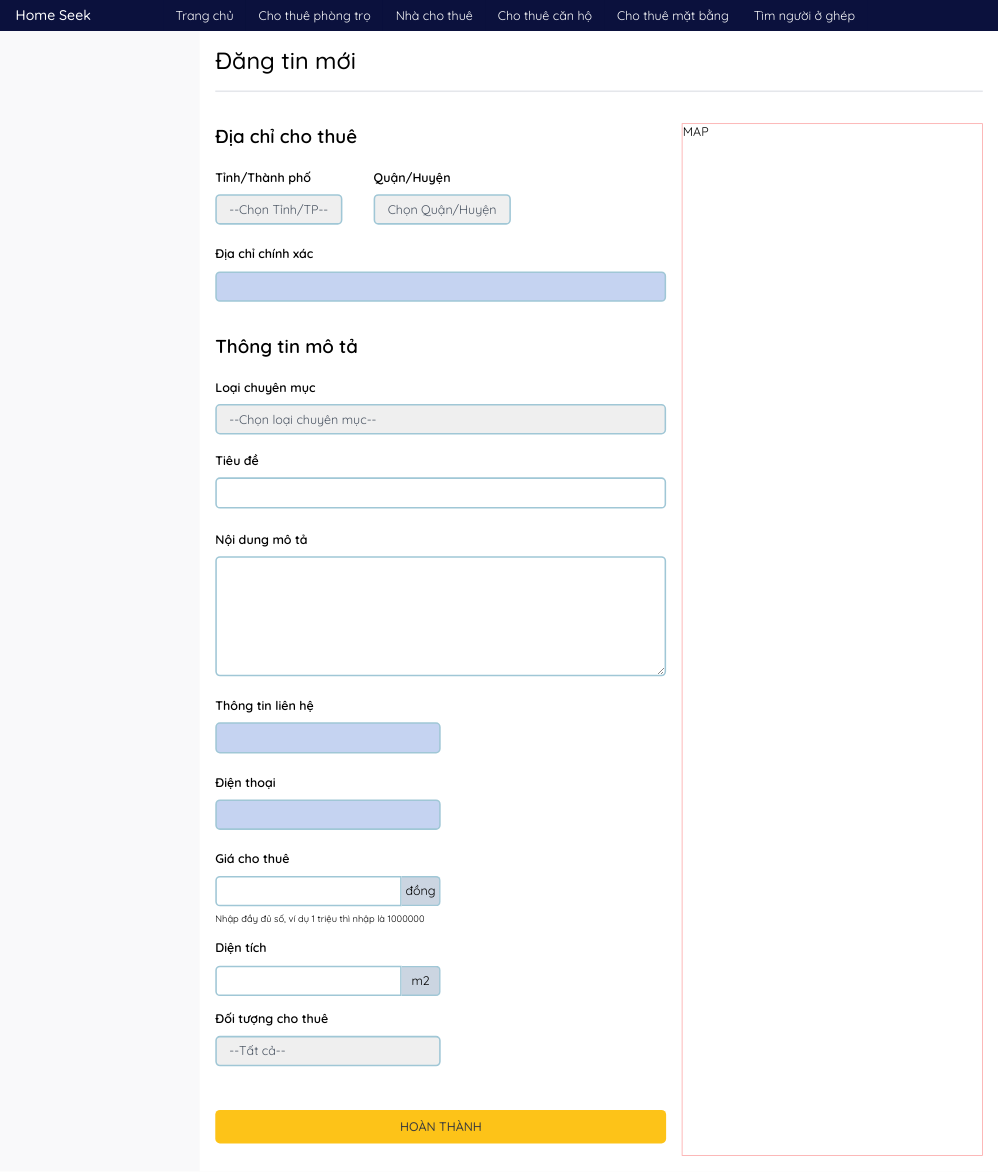
Repository: ajincome26/homeseek
Page: /create (app in client/)
An editor plug-in stored every save of this project. The page is shown before and after the next save, followed by the edit.
The browser window is 1280 px wide. The pictures show the whole page, at 78% of full size.
The page's requests for data from a server got no answer. The project was rebuilt for these pictures with package versions that can differ from the ones it lists, and the page was loaded fresh each time. Some packages were replaced by stand-ins written for this rebuild. No one was signed in, and anything a server would have sent is missing. Also part of the build but not shown: client/vite.config.ts, client/src/components/Footer/Footer.tsx, client/src/utils/utils.tsx, client/src/components/MainHeader/components/User.tsx, client/src/components/Popover/Popover.tsx, client/src/components/Popover/index.ts, client/src/utils/instance.ts, client/src/apis/auth.api.ts and 13 more.

Above is the page before, as saved 2024-01-13 10:54:00.

After the next save:
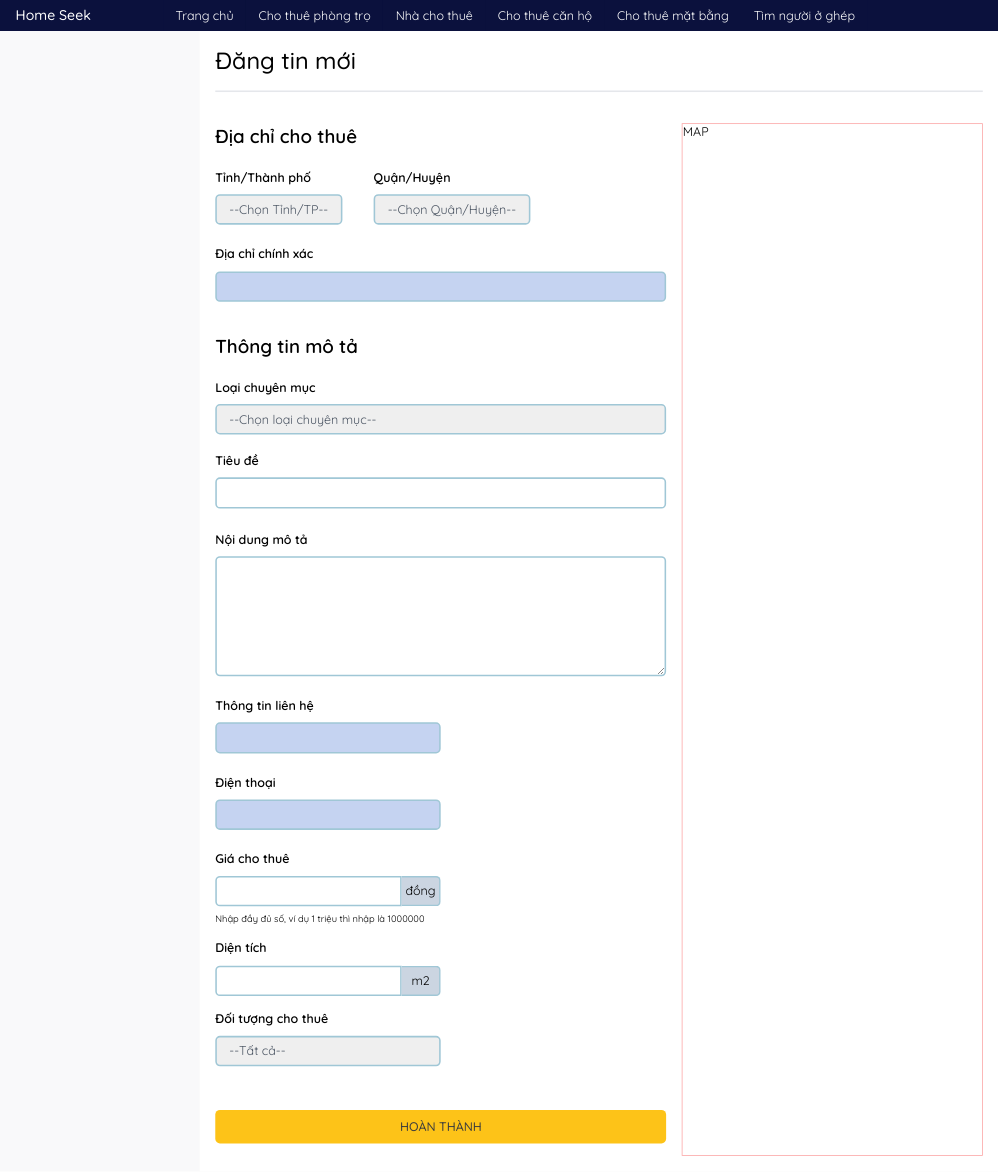
Saved 5 min 39 s later.
--- a/client/src/pages/CreatePostPage/components/Address.tsx
+++ b/client/src/pages/CreatePostPage/components/Address.tsx
@@ -65,7 +65,7 @@ const Address = () => {
           </Label>
           <Select
             type='district'
-            optionTitle='Chọn Quận/Huyện'
+            optionTitle='--Chọn Quận/Huyện--'
             districts={districts}
             value={district}
             setValue={setDistrict}
